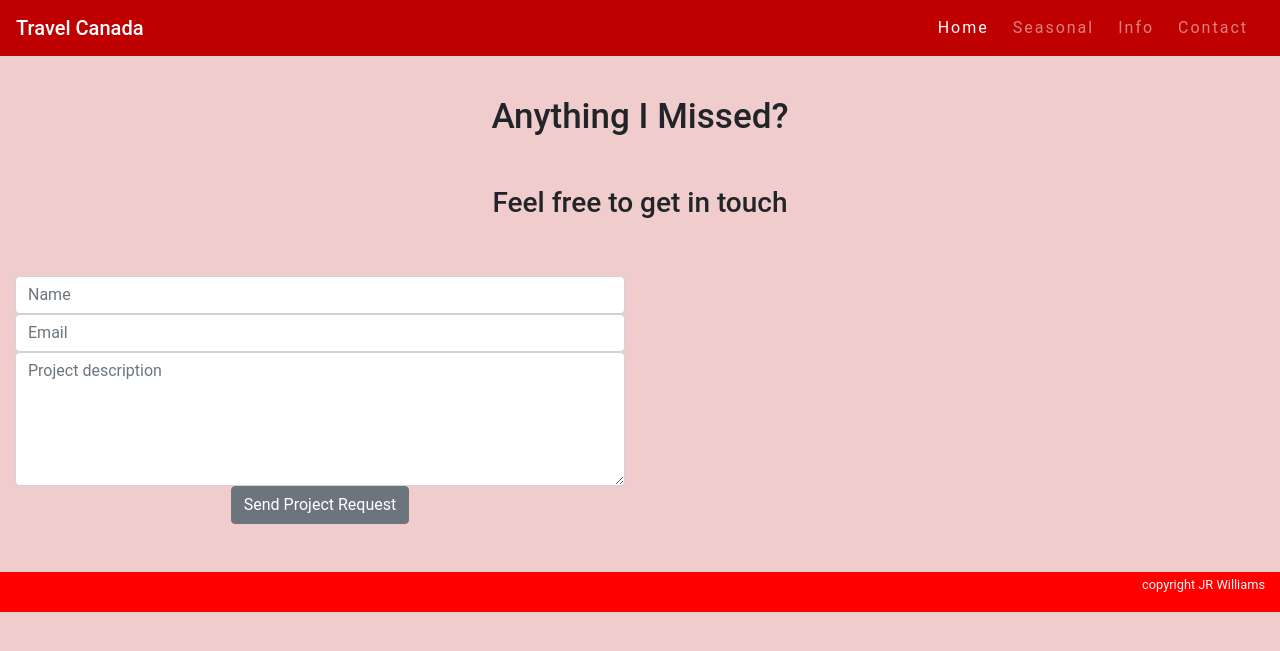
Repository: JonWil91/Travel-Canada
Page: contact.html
The author's editor kept a record of every edit. The page is drawn from the files as they stood at one moment, then again after the next edit.
The browser window is 1280 px wide. The pictures show the whole page.
Some web libraries are served in a nearby version.

Above is the page before.

After the next edit:
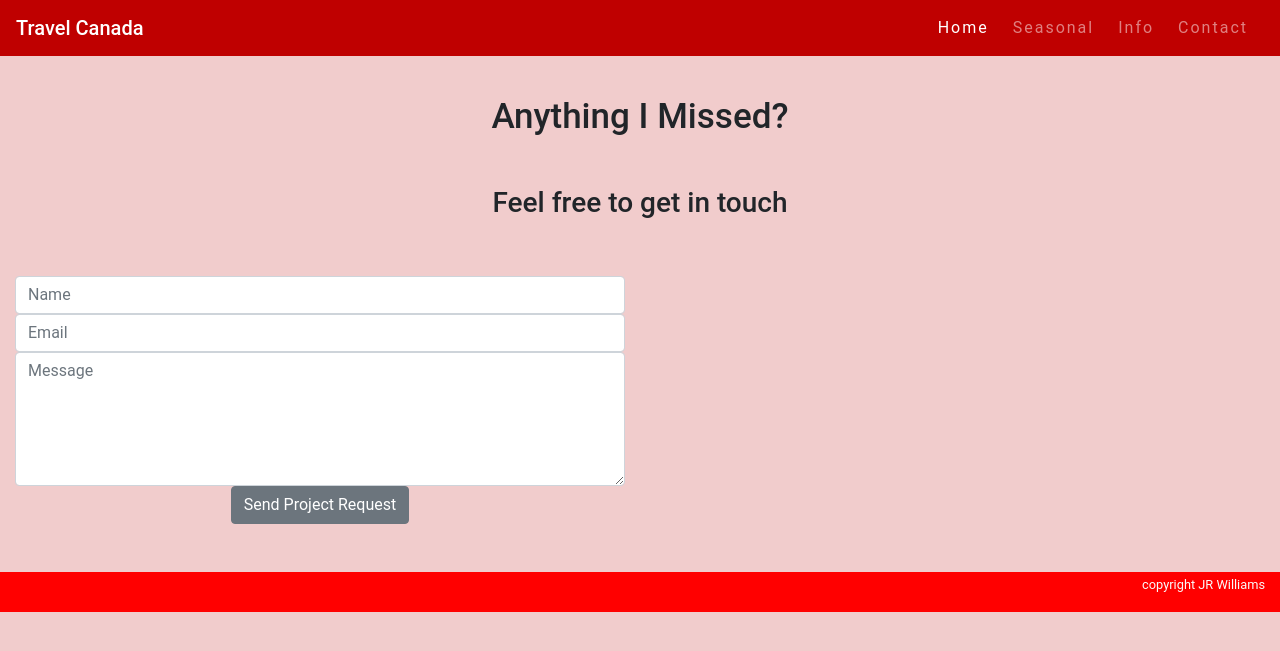
The edit:
--- a/contact.html
+++ b/contact.html
@@ -56,7 +56,7 @@
                         <form>
                             <input type="text" name="name" id="fullname" class="form-control" placeholder="Name" required />
                             <input type="email" name="email" id="emailaddress" class="form-control" placeholder="Email" required />
-                            <textarea rows="5" name="projectsummary" id="projectsummary" class="form-control" placeholder="Project description" required></textarea>
+                            <textarea rows="5" name="message" id="message" class="form-control" placeholder="Message" required></textarea>
                             <div class="form-row text-center">
                                 <div class="col">
                                     <button type="submit" class="btn btn-secondary">Send Project Request</button>
